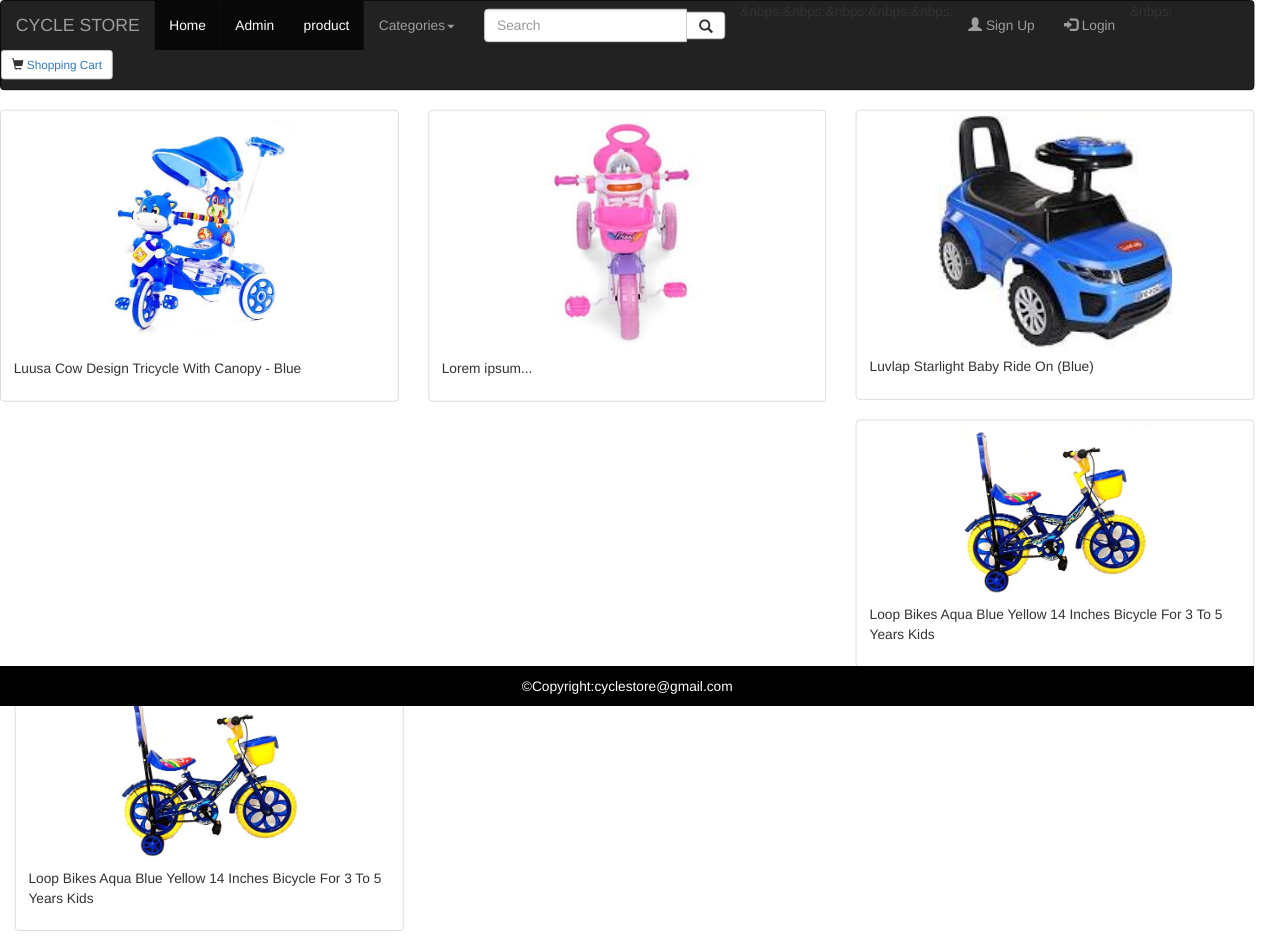
Repository: SumiyaSulaiman/project1
Page: http://localhost/cycle/kids.jsp
These files come from the project's save history. The page is drawn as it stood at one moment and after the next save; the edit follows.
The browser window is 1280 px wide. The page is 1295 px wide, so the pictures cover 1295 px, including what lies to the right of the window. The pictures show the whole page, at 98% of full size.
Some web libraries are served in a nearby version. The page is served by Tomcat 9. Nobody is signed in. The application's start-up code is not run.

Above is the page before, as saved 2017-12-21 17:44:10.

After the next save:
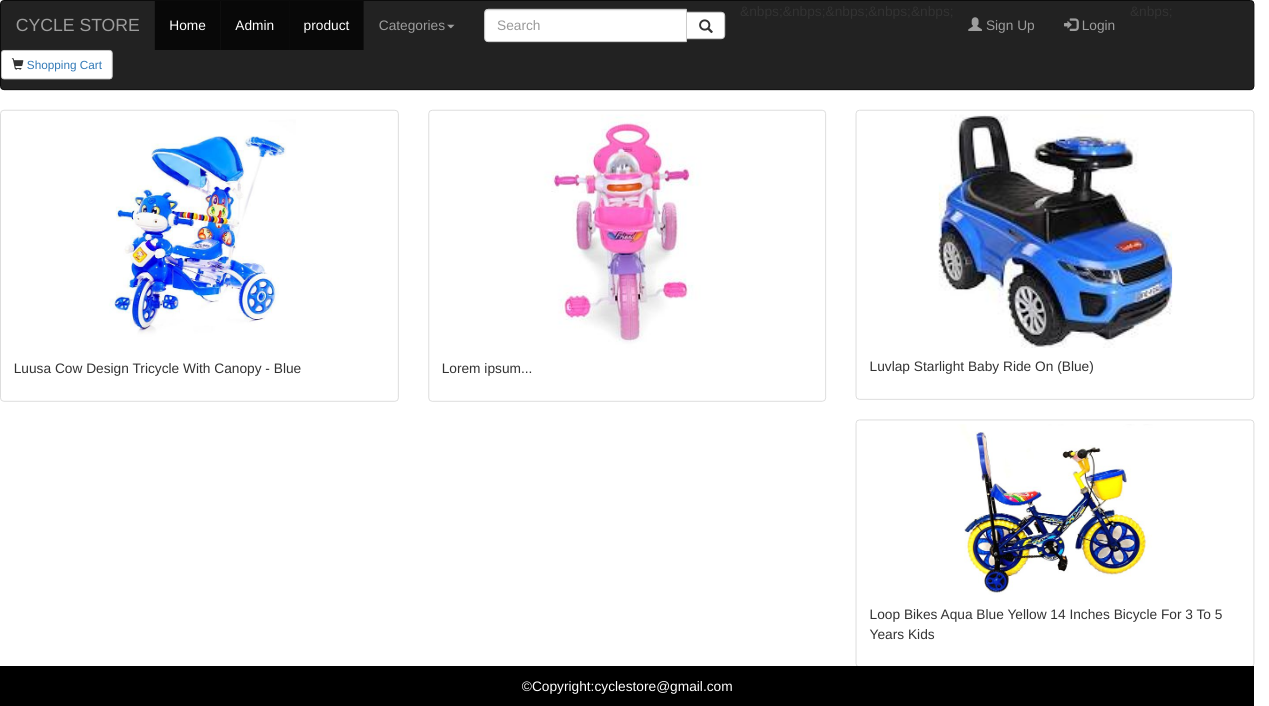
Saved 65 s later.
--- a/project/cycle/src/main/webapp/kids.jsp
+++ b/project/cycle/src/main/webapp/kids.jsp
@@ -57,16 +57,7 @@
   </div>
 
 </div>
-<div class="col-md-4">
-    <div class="thumbnail"style="width=50%;height=10%;">
-      <a href="./resources/baby4.jpg">
-        <img src="./resources/baby4.jpg">
-        <div class="caption">
-          <p>Loop Bikes Aqua Blue Yellow 14 Inches Bicycle For 3 To 5 Years Kids</p>
-        </div>
-      </a>
-    </div>
-  </div>
+
 
 
 
